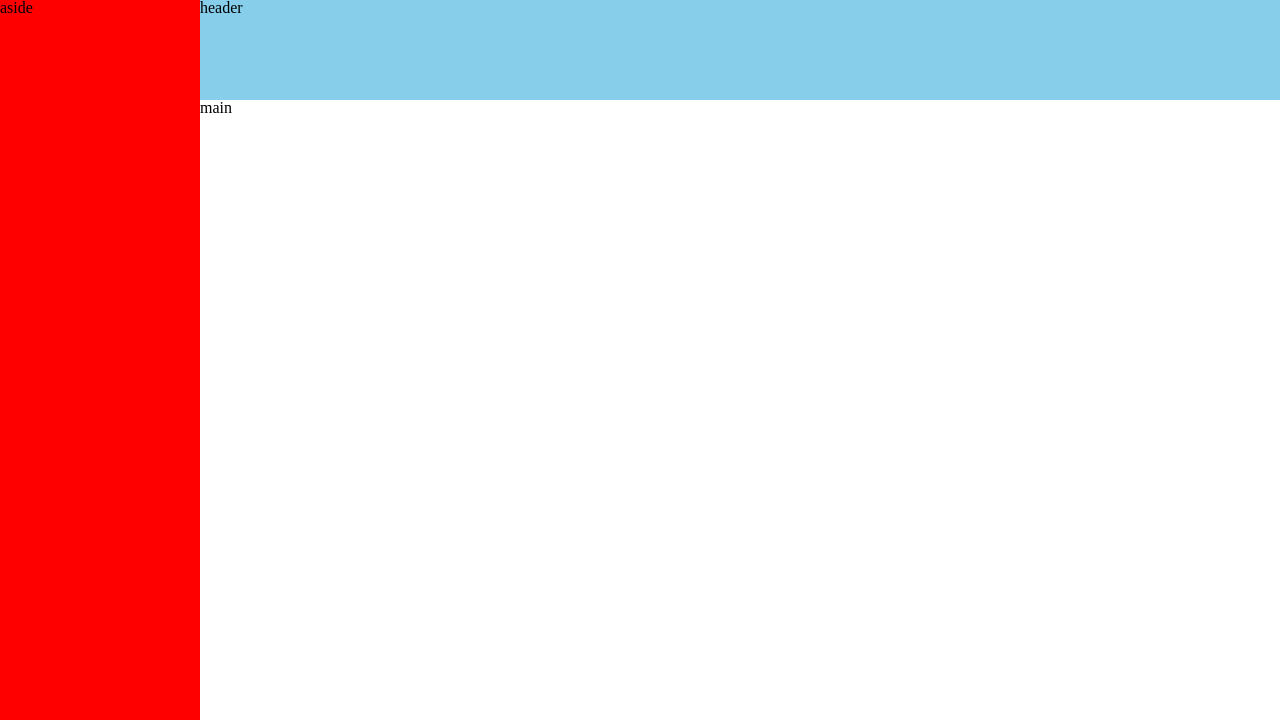
Repository: serrrN/admin
Page: /
These files come from the project's save history. The page is drawn as it stood at one moment and after the next save; the edit follows.
The browser window is 1280 px wide. The pictures show the whole page.
The project was rebuilt for these pictures with package versions that can differ from the ones it lists, and the page was loaded fresh each time. Also part of the build but not shown: vite.config.ts.

Above is the page before, as saved 2024-06-02 11:15:03.

### src/main.ts
import { createApp } from 'vue'
import App from './App.vue'
import ElementPlus from 'element-plus'
import zhCn from 'element-plus/es/locale/lang/zh-cn'
import * as ElementPlusIconsVue from '@element-plus/icons-vue'
import router from './router'
import 'reset-css'
const app = createApp(App)
for (const [key, component] of Object.entries(ElementPlusIconsVue)) {
  app.component(key, component)
}
app.use(ElementPlus, { locale: zhCn })
app.use(router)
app.mount('#app')

### src/App.vue
<script setup lang="ts"></script>

<template>
  <router-view></router-view>
</template>

<style>
#app,
html,
body {
  width: 100%;
  height: 100%;
}
</style>

### src/router/index.ts
import { createRouter, createWebHistory } from 'vue-router'
const routes = [
  {
    path: '/',
    name: 'home',
    component: () => import('@/layout/index.vue'),
  },
]
const router = createRouter({
  history: createWebHistory(),
  routes,
})
export default router

### src/layout/index.vue
<template>
  <div class="layout-container">
    <div class="left">aside</div>
    <div class="right">
      <div class="header">header</div>
      <div class="main">main</div>
    </div>
  </div>
</template>

<script lang="ts" setup></script>

<style scoped lang="scss">
.layout-container {
  width: 100%;
  height: 100%;
  display: flex;
  .left {
    height: 100%;
    width: 200px;
    background-color: red;
  }
  .right {
    width: calc(100% - 200px);
    .header {
      width: 100%;
      height: 100px;
      background-color: skyblue;
    }
    .main {
    }
  }
}
</style>

Loaded but not shown: index.html (common file)

After the next save:
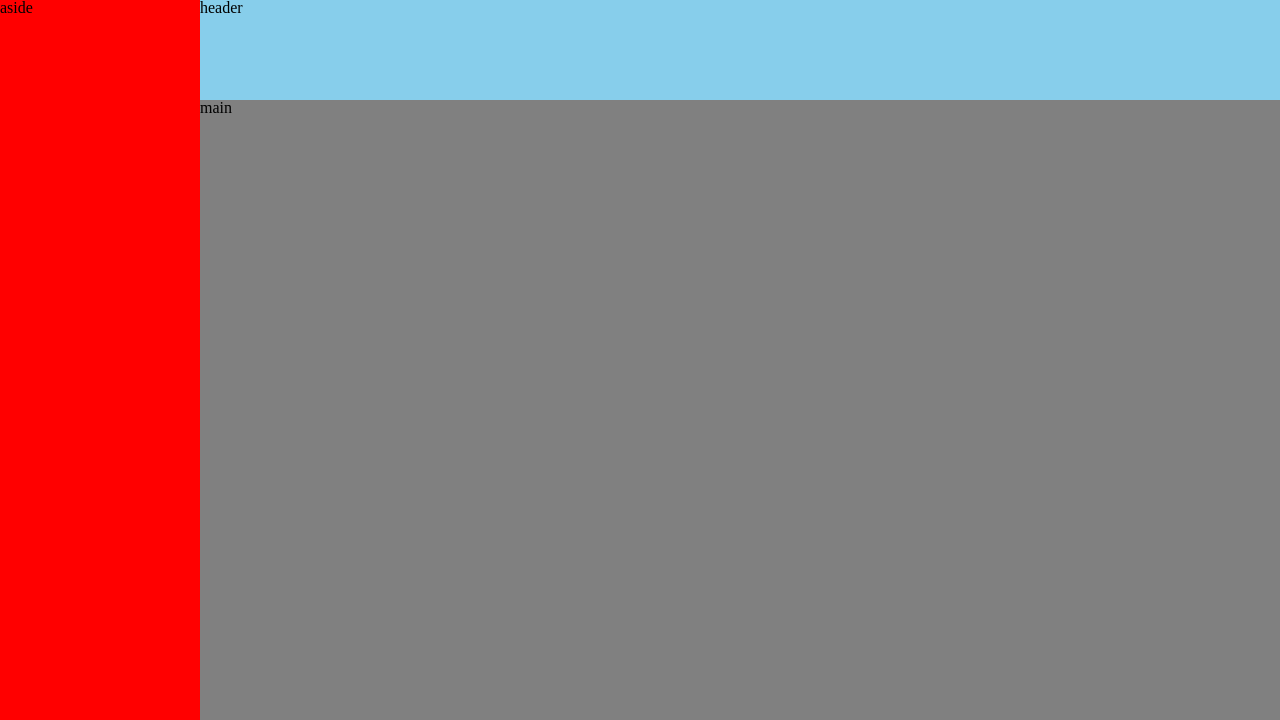
Saved 2 min 52 s later.
--- a/src/layout/index.vue
+++ b/src/layout/index.vue
@@ -28,6 +28,9 @@
       background-color: skyblue;
     }
     .main {
+      height: calc(100% - 100px);
+      width: 100%;
+      background-color: gray;
     }
   }
 }
